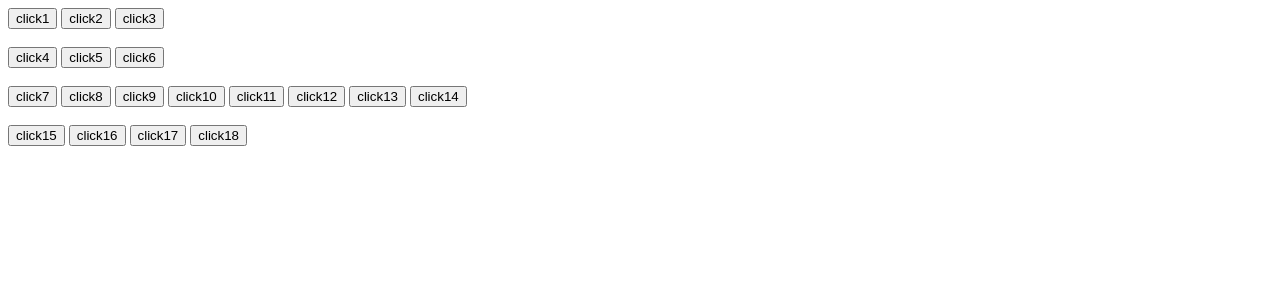
Repository: yhj4130/JsonStudy
Page: JsonApp01/WebContent/JsonTest10.html
An editor plug-in stored every save of this project. The page is shown before and after the next save, followed by the edit.
The browser window is 1280 px wide. The pictures show the whole page.

Above is the page before, as saved 2019-05-31 07:04:14.

After the next save:
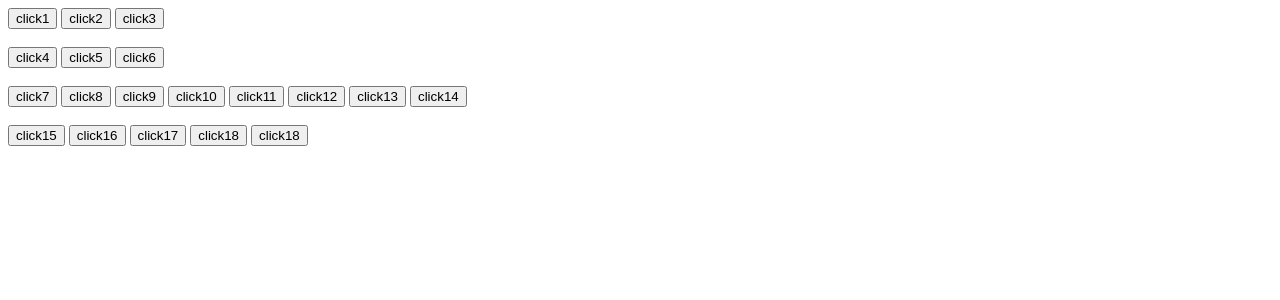
Saved 28 s later.
--- a/JsonApp01/WebContent/JsonTest10.html
+++ b/JsonApp01/WebContent/JsonTest10.html
@@ -65,5 +65,6 @@
 	<!-- string -->
 	<input type="button" value="click18" onclick="alert(typeof obj6_2[1])">
 	<!-- string -->
+	<input type="button" value="click18" onclick="alert(typeof obj6_2[2])">
 
 </form>
